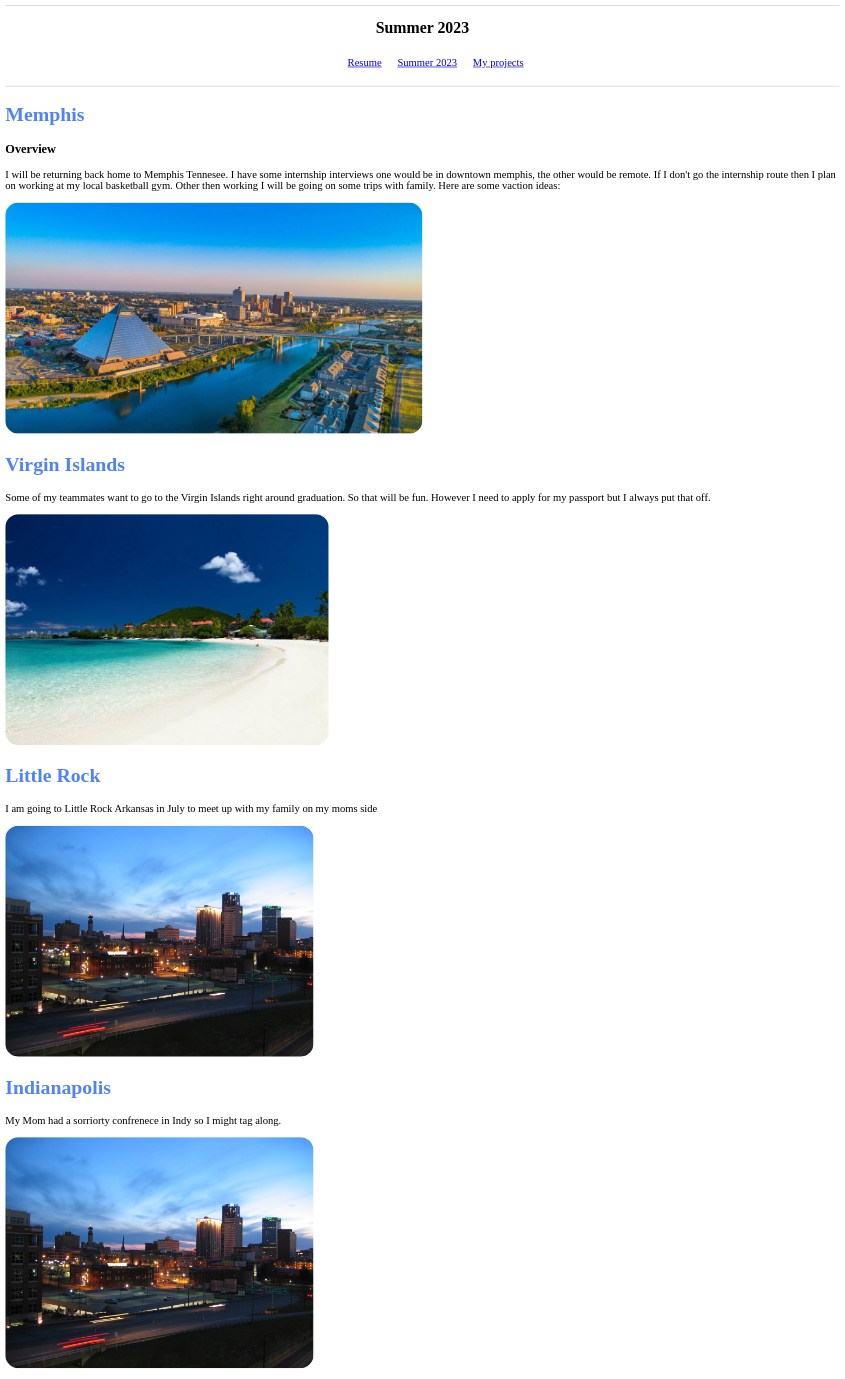
Repository: kayacancode/itm361project1
Page: summer2023.html
These files come from the project's save history. The page is drawn as it stood at one moment and after the next save; the edit follows.
The browser window is 1280 px wide. The pictures show the whole page, at 66% of full size.
Some web fonts or font styles are not loaded; a fallback is used.

Above is the page before, as saved 2023-03-04 14:36:07.

After the next save:
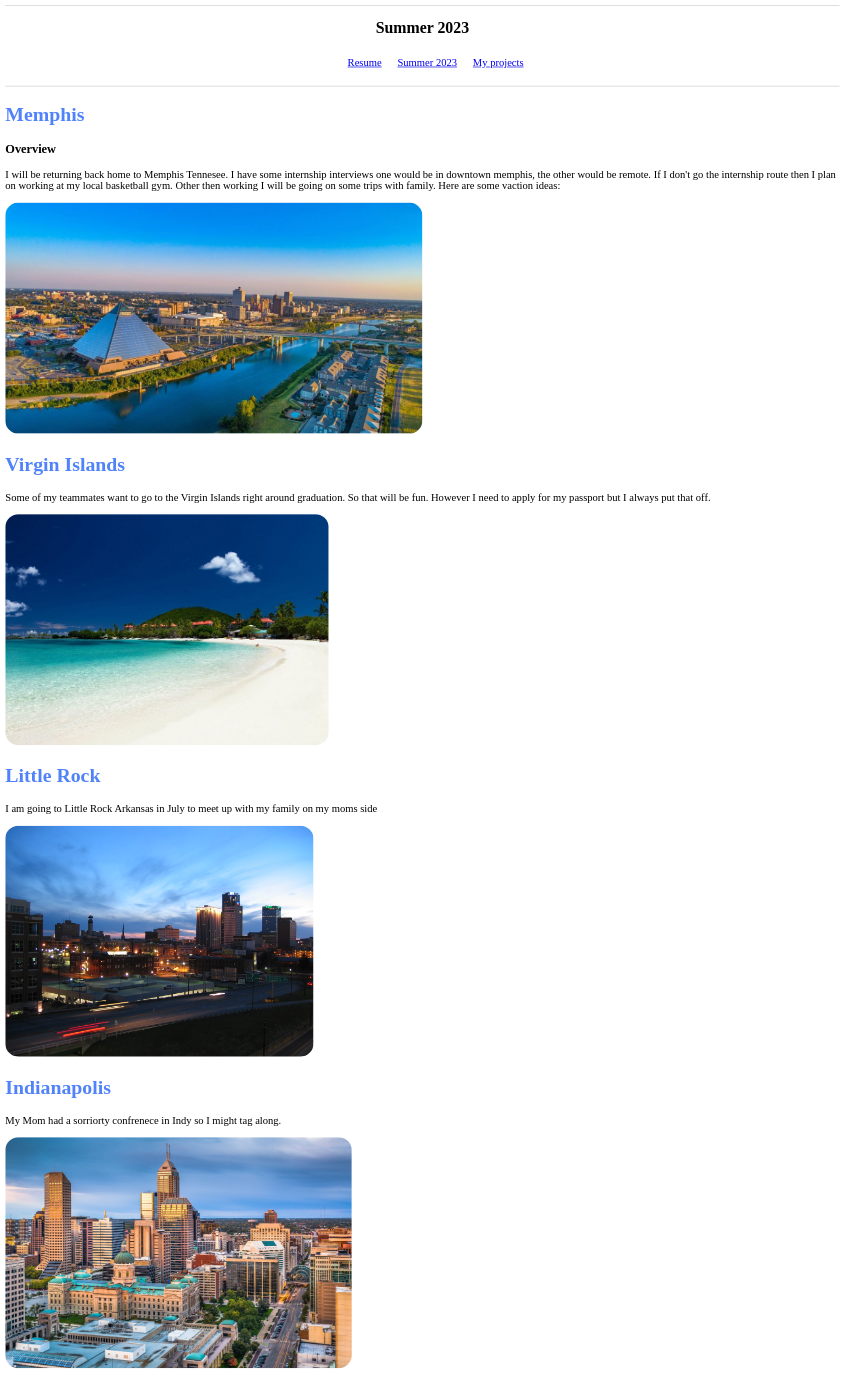
Saved 7 s later.
--- a/summer2023.html
+++ b/summer2023.html
@@ -62,7 +62,7 @@
         My Mom had a sorriorty confrenece in Indy so I might tag along.
       </p>
       <img
-        src="images/littlerock.jpeg"
+        src="images/indy.jpeg"
         alt="little rock"
 
       />
